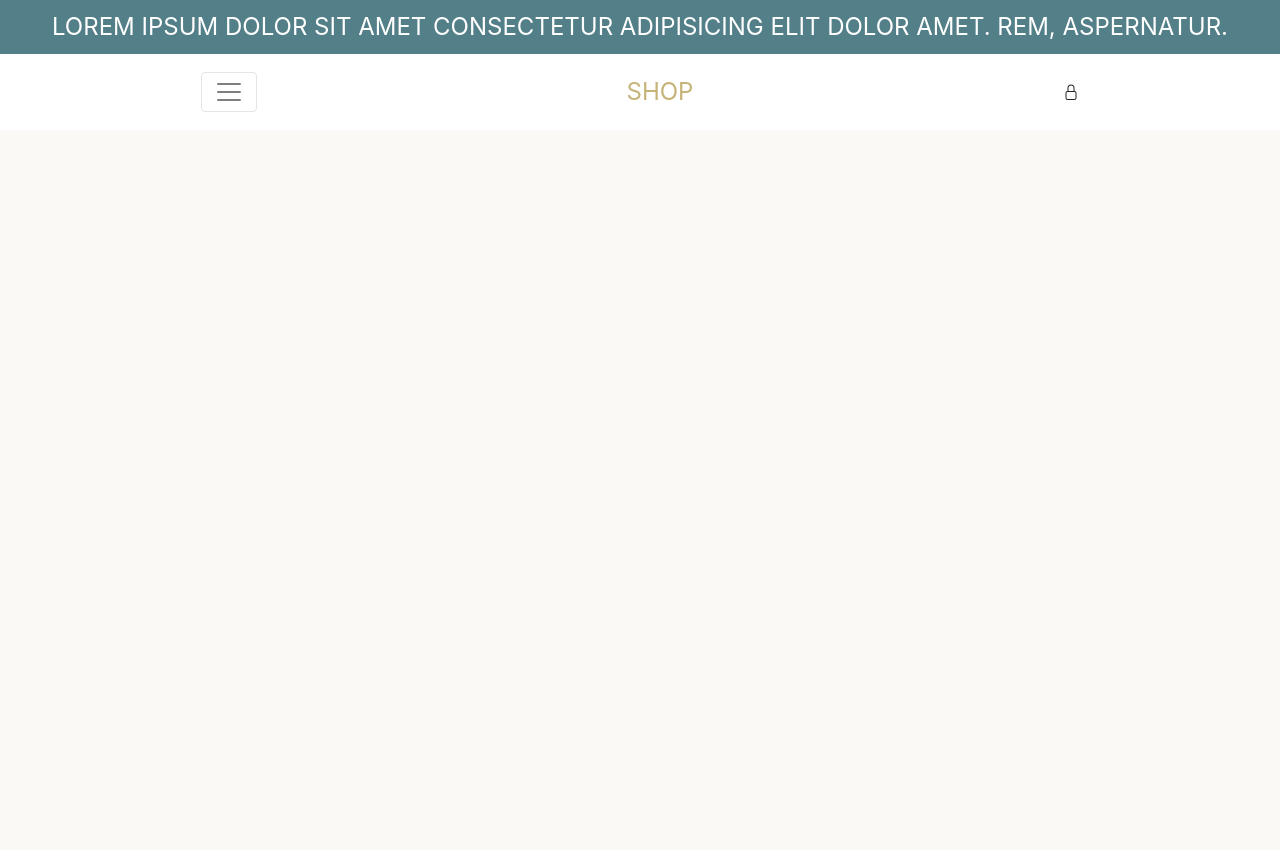
Repository: DaNiels89/frontendassignmentbogbootcamp
Page: index.html
These files come from the project's save history. The page is drawn as it stood at one moment and after the next save; the edit follows.
The browser window is 1280 px wide. The pictures show the whole page.

Above is the page before, as saved 2020-03-19 18:01:45.

After the next save:
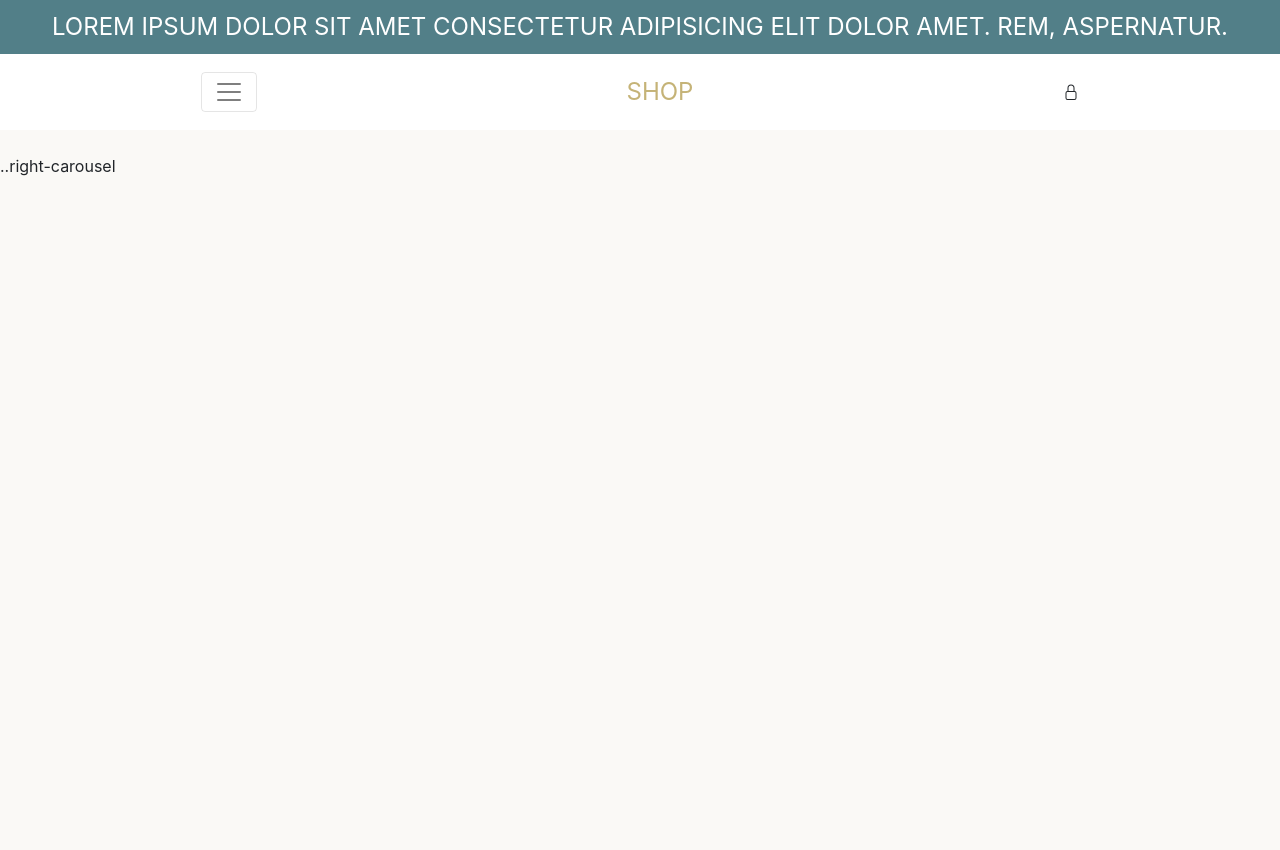
Saved 99 s later.
--- a/index.html
+++ b/index.html
@@ -59,6 +59,7 @@
 
     <div class="carousel-div">
       <div class="get-image"><img src="" alt="" /></div>
+      ..right-carousel
     </div>
   </body>
 </html>

After the save that followed:
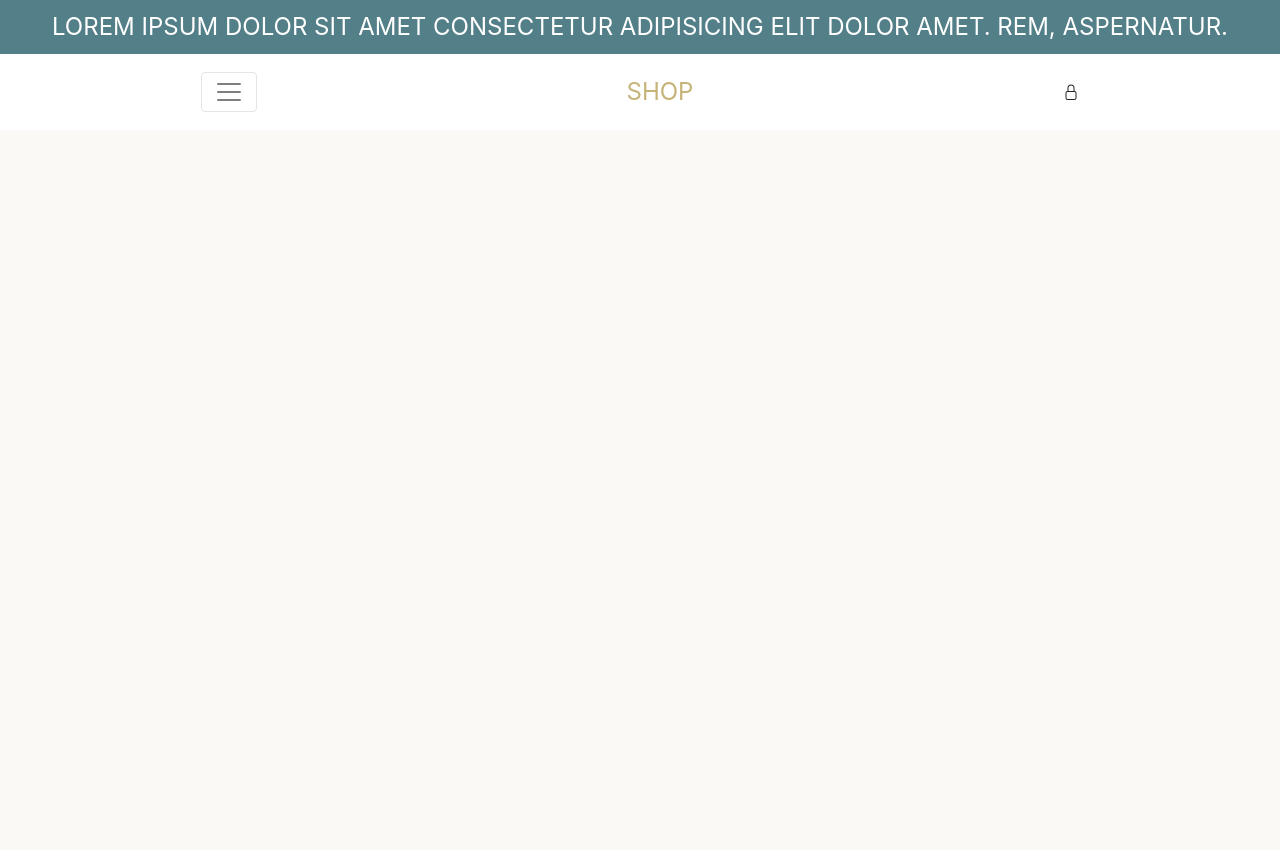
Saved 26 s later.
--- a/index.html
+++ b/index.html
@@ -59,7 +59,7 @@
 
     <div class="carousel-div">
       <div class="get-image"><img src="" alt="" /></div>
-      ..right-carousel
+      <div class="right-carousel"></div>
     </div>
   </body>
 </html>
